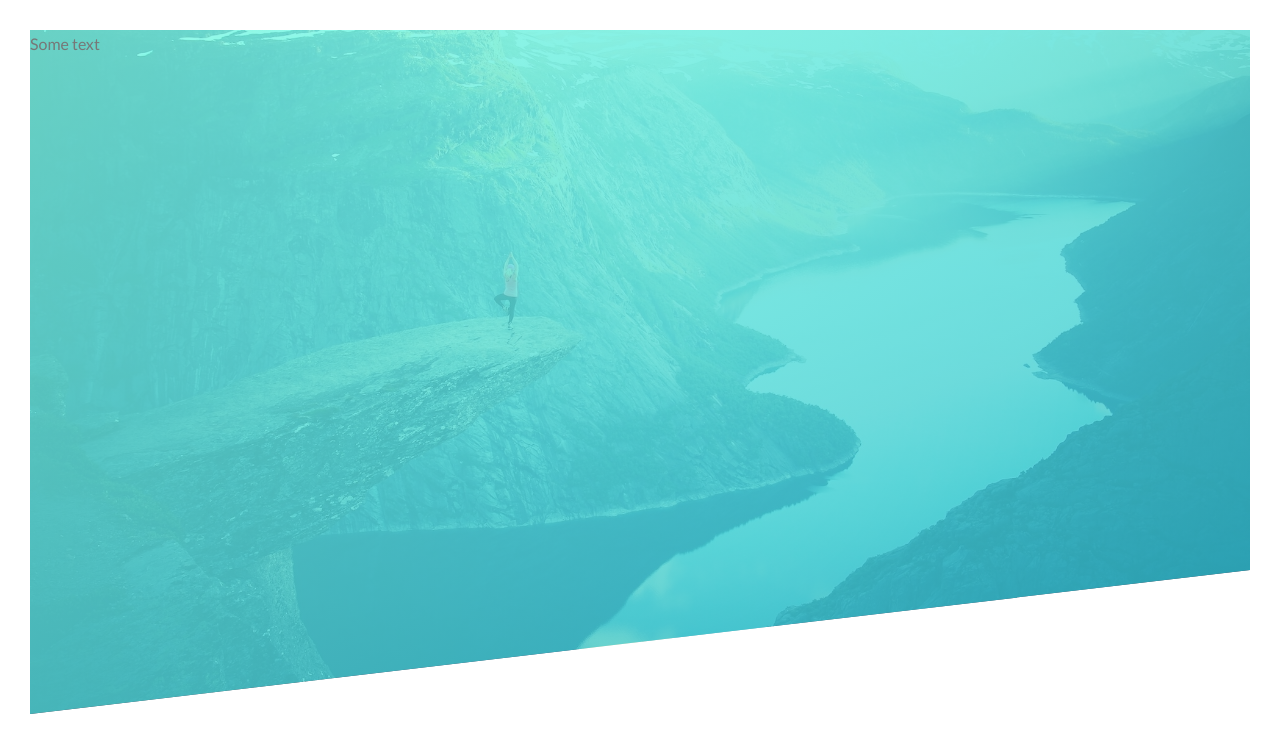
Repository: haokiet2501/natours-page
Page: index.html
These files come from the project's save history. The page is drawn as it stood at one moment and after a run of saves; the edit follows.
The browser window is 1280 px wide. The pictures show the whole page.

Above is the page before, as saved 2022-07-31 16:51:58.

After the next 8 saves:
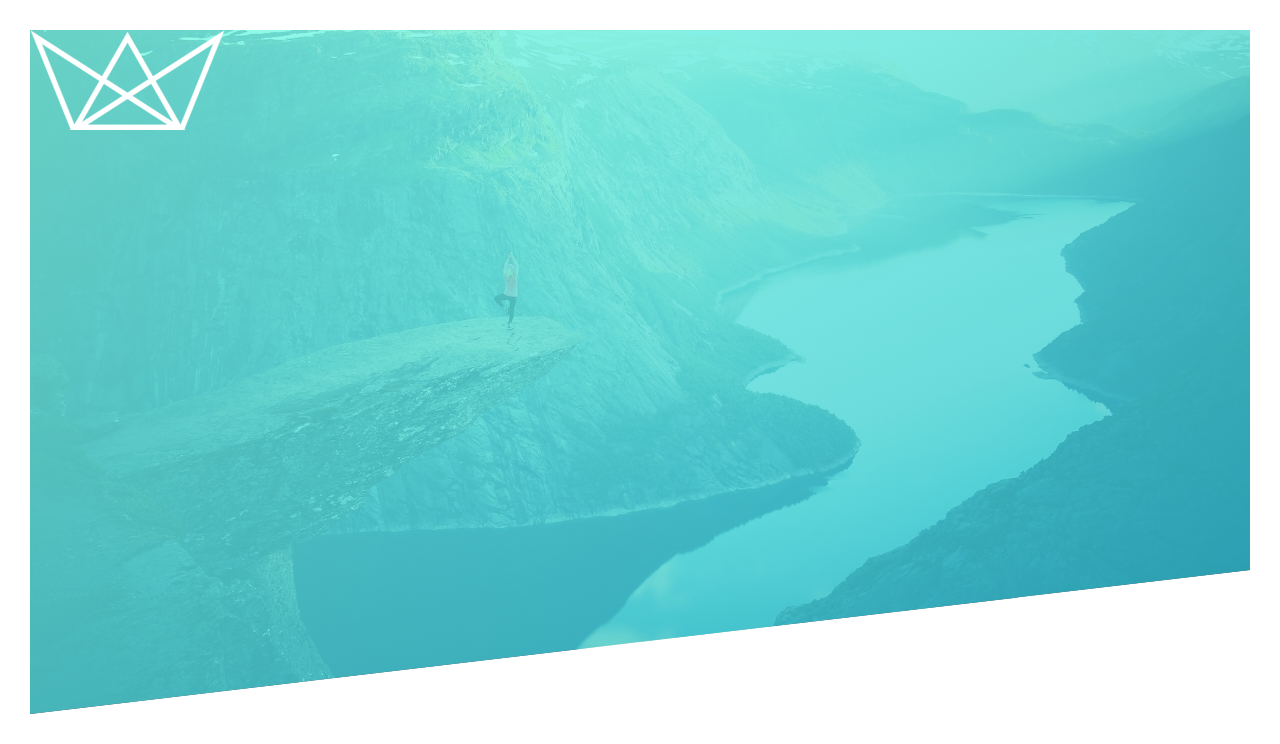
The 8 saves are shown as one change because they came seconds apart.
The last was saved 4 min 2 s later.
--- a/index.html
+++ b/index.html
@@ -10,7 +10,9 @@
 </head>
 <body>
     <header class="header">
-        Some text
+        <div class="logo">
+            <img src="img/logo-white.png" alt="Logo" class="logo-img">
+        </div>
     </header>
 </body>
 </html>
